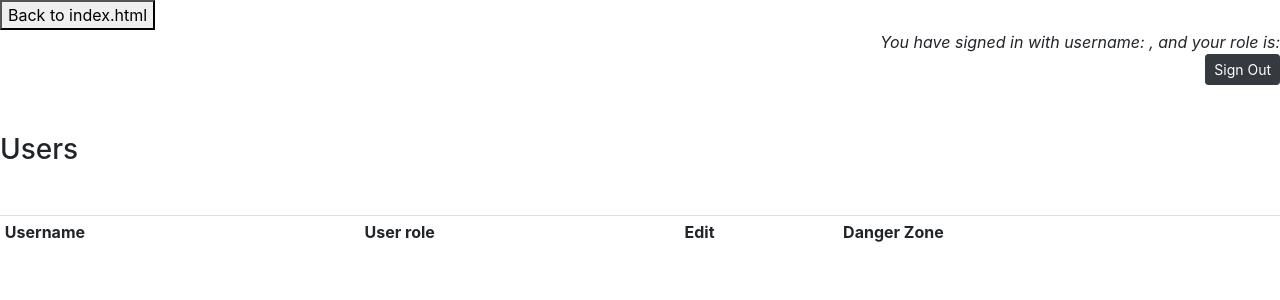
Repository: LiljestromNadja/Backend_s2023_harjoitustyo
Page: http://localhost/userlist
These files come from the project's save history. The page is drawn as it stood at one moment and after the next save; the edit follows.
The browser window is 1280 px wide. The pictures show the whole page.
The page is this project's Thymeleaf template; nobody is signed in. The template is opened directly, without the code that normally fills it, so the values that code supplies are empty.

Above is the page before, as saved 2023-11-10 14:44:06.

### harkkas23v01/src/main/resources/templates/userlist.html
<!DOCTYPE html>
<html xmlns:th="http://www.thymeleaf.org">
<head>
<title>Userlist</title>
<meta http-equiv="Content-Type" content="text/html" charset="UTF-8" />
<!-- Bootstrap-linkki vaihdettu tähän 04-10-2023 -->
<link rel="stylesheet" href="https://cdn.jsdelivr.net/npm/bootstrap@4.0.0/dist/css/bootstrap.min.css" integrity="sha384-Gn5384xqQ1aoWXA+058RXPxPg6fy4IWvTNh0E263XmFcJlSAwiGgFAW/dAiS6JXm" crossorigin="anonymous"> <!-- Lisättiin tyyli, bootstrap 4.0 -->
</head>
<body>
	<a href="/index"><button>Back to index.html</button></a>
	<div class="text-right">
		<i>You have signed in with username: <b sec:authentication="name"></b>,
			and your role is: <b sec:authentication="principal.authorities"></b>
		</i>
		</br>
		<form class="text-right" th:action="@{/logout}" method="post">
			<input type="submit" value="Sign Out" class="btn btn-sm btn-dark" />
		</form>
	</div>


	<br></br>
	<h3>Users</h3>
	<div style="clear: both; display: block; height: 40px;"></div>
	<table class="table table-hover table-sm">
		<tr>
			<th >Username</th>
			<th>User role</th>
			<th>Edit</th>
			<th>Danger Zone</th>
		</tr>
		<tr th:each="user : ${users}"><!-- MUISTA DOLLARIT, muuten voi mennä tovi jos toinenkin ihmettelyyn-->
			<td th:text="${user.username}"></td>
			<td th:text="${user.role}"></td>
			<td sec:authorize="hasAuthority('ADMIN')"><a th:href="@{/admin/editUser/{id}(id=${user.id})}" class="btn btn-xs btn-success btn-sm">Edit</a></td>
			<td sec:authorize="hasAuthority('ADMIN')"><a th:href="@{/admin/deleteuser/{id}(id=${user.id})}" class="btn btn-xs btn-danger btn-sm">Delete</a></td>
		</tr>
	</table>
	<br></br>

	<a sec:authorize="hasAuthority('ADMIN')" href="/admin/register"><button>Add user</button></a>

	<!--
	<div class="col-md-4" style="padding: 20px 0">
		<form th:action="@{/logout}" method="post">
			<input type="submit" value="Sign Out" class="btn btn-sm btn-danger" />
		</form>
	</div> -->





</body>
</html>

After the next save:
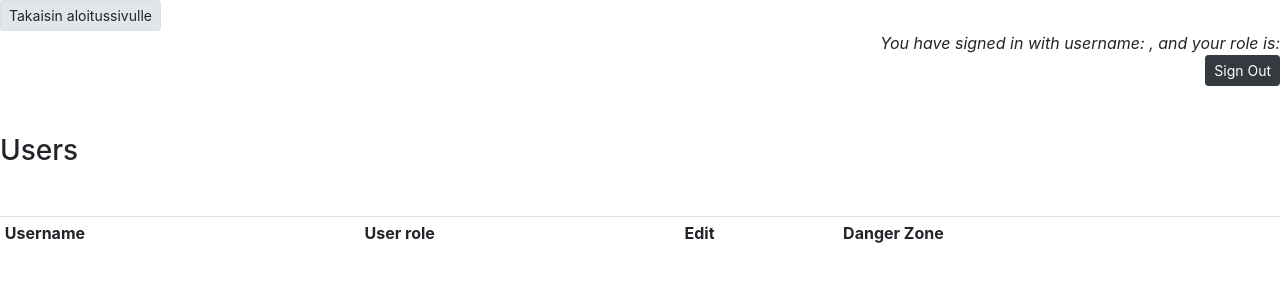
Saved 33 s later.
--- a/harkkas23v01/src/main/resources/templates/userlist.html
+++ b/harkkas23v01/src/main/resources/templates/userlist.html
@@ -1,13 +1,13 @@
 <!DOCTYPE html>
 <html xmlns:th="http://www.thymeleaf.org">
-<head>
-<title>Userlist</title>
-<meta http-equiv="Content-Type" content="text/html" charset="UTF-8" />
-<!-- Bootstrap-linkki vaihdettu tähän 04-10-2023 -->
-<link rel="stylesheet" href="https://cdn.jsdelivr.net/npm/bootstrap@4.0.0/dist/css/bootstrap.min.css" integrity="sha384-Gn5384xqQ1aoWXA+058RXPxPg6fy4IWvTNh0E263XmFcJlSAwiGgFAW/dAiS6JXm" crossorigin="anonymous"> <!-- Lisättiin tyyli, bootstrap 4.0 -->
-</head>
+	<head>
+		<title>Käyttäjät</title>
+		<meta http-equiv="Content-Type" content="text/html" charset="UTF-8" />
+		<!-- Bootstrap-linkki vaihdettu tähän 04-10-2023 -->
+		<link rel="stylesheet" href="https://cdn.jsdelivr.net/npm/bootstrap@4.0.0/dist/css/bootstrap.min.css" integrity="sha384-Gn5384xqQ1aoWXA+058RXPxPg6fy4IWvTNh0E263XmFcJlSAwiGgFAW/dAiS6JXm" crossorigin="anonymous"> <!-- Lisättiin tyyli, bootstrap 4.0 -->
+	</head>
 <body>
-	<a href="/index"><button>Back to index.html</button></a>
+	<a href="/index"><button class="text-left btn btn-light btn-sm">Takaisin aloitussivulle</button></a>
 	<div class="text-right">
 		<i>You have signed in with username: <b sec:authentication="name"></b>,
 			and your role is: <b sec:authentication="principal.authorities"></b>
